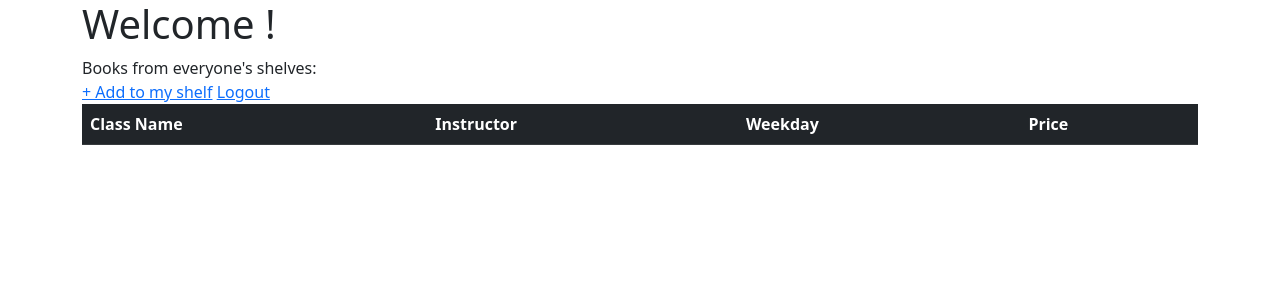
Repository: Bearmeadow92/CodingBootcamp
Page: http://localhost/YogaCourse/WEB-INF/dashboard.jsp
An editor plug-in stored every save of this project. The page is shown before and after the next save, followed by the edit.
The browser window is 1280 px wide. The pictures show the whole page.
The page is served by Tomcat 9. Nobody is signed in. Other server files are loaded and not shown. The template is opened directly, without the code that normally fills it, so the values that code supplies are empty.

Above is the page before, as saved 2022-04-21 18:41:18.

### Coding Dojo STS/New_STS_Workspace/YogaCourse/src/main/webapp/WEB-INF/dashboard.jsp
<%@ page language="java" contentType="text/html; charset=UTF-8" pageEncoding="UTF-8"%>
<!-- New line below to use the JSP Standard Tag Library -->
<%@ taglib prefix="c" uri="http://java.sun.com/jsp/jstl/core" %>
<%@ taglib prefix="form" uri="http://www.springframework.org/tags/form" %>
<%@ page isErrorPage="true" %>
<!DOCTYPE html>
<html>
<head>
<meta charset="ISO-8859-1">
<link href="https://cdn.jsdelivr.net/npm/bootstrap@5.1.3/dist/css/bootstrap.min.css" rel="stylesheet">
<title>Book Share</title>
</head>
<body>
	<div class="container">
		<h1>Welcome <c:out value="${user.firstName}"/>!</h1>
		<div>Books from everyone's shelves:</div>
		<a href="/books/new">+ Add to my shelf</a>
		<a href="/">Logout</a>
		<table class="table table-dark">
			<thead>
				<tr>
					<th>Class Name</th>
					<th>Instructor</th>
					<th>Weekday</th>
					<th>Price</th>
				</tr>
			</thead>
			<tbody>
				<c:forEach var="course" items="${courses}">
					<tr>
						<td>
						<a href="/books/${course.id}">${couse.name}</a>
						</td>
						<td>
						<c:out value="${user.firstName}"/>
						</td>
						<td>
						<c:out value="${course.weekDay}"/>
						</td>
						<td>
						<c:out value="${course.dropInPrice}"/>
						</td>
					</tr>
				</c:forEach>
			</tbody>
		</table>
	</div>
</body>
</html>

After the next save:
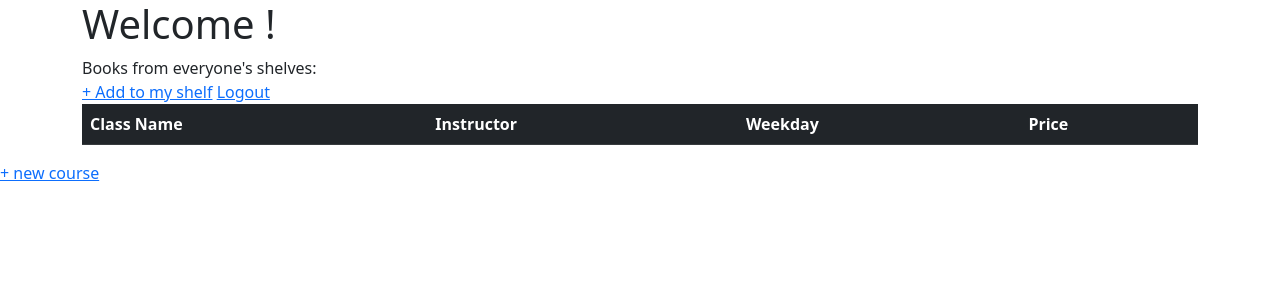
Saved 46 s later.
--- a/Coding Dojo STS/New_STS_Workspace/YogaCourse/src/main/webapp/WEB-INF/dashboard.jsp
+++ b/Coding Dojo STS/New_STS_Workspace/YogaCourse/src/main/webapp/WEB-INF/dashboard.jsp
@@ -45,5 +45,6 @@
 			</tbody>
 		</table>
 	</div>
+	<a href="/classes/new">+ new course</a>
 </body>
 </html>
